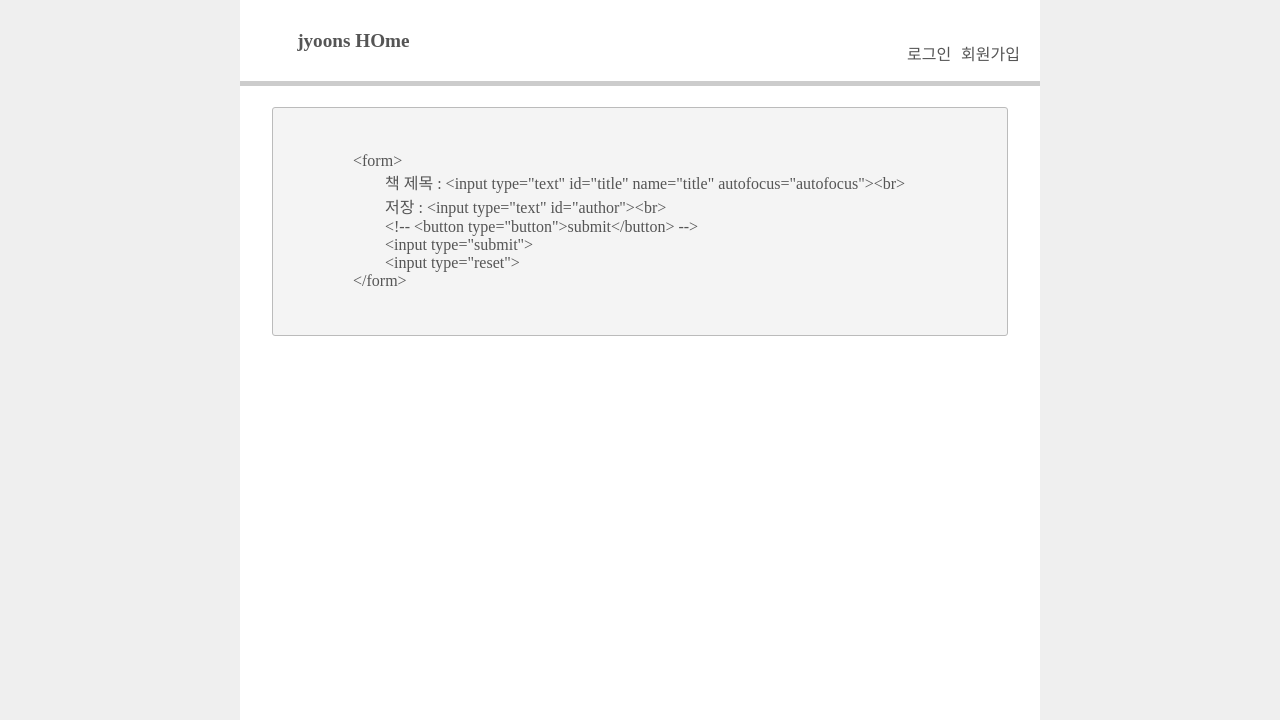
Repository: jyoons00/JSP-sample
Page: http://localhost/jspPro/days01/ex02.jsp
These files come from the project's save history. The page is drawn as it stood at one moment and after the next save; the edit follows.
The browser window is 1280 px wide. The pictures show the whole page.
Some web fonts or font styles are not loaded; a fallback is used. The page is served by Tomcat 9. Other server files are loaded and not shown.

Above is the page before, as saved 2024-10-15 03:16:18.

### jspPro/src/main/webapp/days01/ex02.jsp
<%@ page contentType="text/html; charset=UTF-8" pageEncoding="UTF-8"%>
<!DOCTYPE html>
<html>
  <head>
    <meta charset="UTF-8" />
    <title>Insert title here</title>
    <link
      rel="shortcut icon"
      type="image/x-icon"
      href="http://localhost/jspPro/images/SiSt.ico"
    />
    <script src="https://ajax.googleapis.com/ajax/libs/jquery/3.7.1/jquery.min.js"></script>
    <meta name="viewport" content="width=device-width, initial-scale=1.0" />
    <link
      rel="stylesheet"
      href="http://localhost/jspPro/resources/cdn-main/example.css"
    />
    <script src="http://localhost/jspPro/resources/cdn-main/example.js"></script>
    <style>
      span.material-symbols-outlined {
        vertical-align: text-bottom;
      }
    </style>
  </head>
  <body>
    <header>
      <h1 class="main">
        <a href="#" style="position: absolute; top: 30px">jyoons HOme</a>
      </h1>
      <ul>
        <li><a href="#">로그인</a></li>
        <li><a href="#">회원가입</a></li>
      </ul>
    </header>
    <div>
      <xmp class="code">

   		<form>
   			책 제목 : <input type="text" id="title" name="title" autofocus="autofocus"><br>
   			저장 : <input type="text" id="author"><br>
   			<!-- <button type="button">submit</button> -->
   			<input type="submit">
   			<input type="reset">
   		</form>

  	  </xmp>
    </div>

  </body>
</html>

### jspPro/src/main/webapp/resources/cdn-main/example.css
@charset "UTF-8";

@import url('https://fonts.googleapis.com/css2?family=Material+Symbols+Outlined:opsz,wght,FILL,GRAD@20..48,100..700,0..1,-50..200');

@font-face {
    font-family: 'GmarketSansMedium';
    src: url('https://cdn.jsdelivr.net/gh/projectnoonnu/noonfonts_2001@1.1/GmarketSansMedium.woff') format('woff');
    font-weight: normal;
    font-style: normal;
}

:root {
	--text-color: #555;
	--sub-text-color: #777;
	--back-color: #EFEFEF;
	--header-color: #444;
	--primary-color: #DEDEDE;
	--secondary-color: #EFEFEF;
	--default-width: 800px;
	--narrow-width: 500px;
	--wide-width: 1200px;
	--text-font: 'GmarketSansMedium';
	--icon-font: 'Material Symbols Outlined';
	--border-color: #CCC;
}

html, body {
	margin: 0;
	padding: 0;
}

html {
	background-color: var(--back-color);
	display: flex;
	justify-content: center;
	min-height: 100vh;
}

body, body.default {
	width: var(--default-width);
	background-color: white;
	padding-bottom: 120px;
}

body.wide {
	width: var(--wide-width);
}

body.narrow {
	width: var(--narrow-width);
}



body, p, div, span, a, input, select, option, textarea, button, table, th, td, label, fieldset, legend {
	font-family: var(--text-font);
	color: var(--text-color);
}

h1, h2, h3 {
	font-family: var(--text-font);
	color: var(--header-color);
	padding: 0 1rem;
	padding-top: .5rem;
}

div > h1, div > h2, div > h3 {
	padding: 0;
}

body > div, body > main > div {
	padding: 0.3rem 1rem;
}


h1 { font-size: 2rem; border-bottom: 1px solid var(--border-color); }
h1 small { font-size: 1.2rem; color: var(--sub-text-color); }
h2 { font-size: 1.5rem; border-bottom: 1px dashed var(--border-color); }
h2 small { font-size: 1.1rem; color: --sub-text-color; }
h3 { font-size: 1.2rem; }
h3 small { font-size: 1rem; color: --sub-text-color; }



h1.main::before {
	font-family: var(--icon-font);
  	content: '\e666';
  	margin-right: 10px;
  	float: left;
	font-size: 2.5rem;
}

h1.sub::before {
	font-family: var(--icon-font);
  	content: '\ea19';
  	margin-right: 10px;
  	float: left;
	font-size: 2.5rem;
}


h1.page::before {
	font-family: var(--icon-font);
  	content: '\e0e0';
  	margin-right: 10px;
  	float: left;
	font-size: 2.5rem;
}

body > header > ul > li > .active{
	background-color: #FFF;
	color:#F00;
}

body > header {
	display: flex;
	justify-content: space-between;
	border-bottom: 5px solid var(--border-color);
	min-height: 74px;
	background-color: #FFF;
}

body > header.sticky {
	position: sticky;
	top: 0;
	z-index: 98;
}

body > header > h1 {
	font-size: 1.2rem;
	border: 0;
}

body > header.in > h1::before {
	font-family: var(--icon-font);
  	content: '\e332‥';
  	margin-right: 3px;
  	float: left;
	font-size: 2rem;
}


body > header > ul {
	list-style-type: none;
	display: flex;
	align-items: flex-end;
	margin-right: 10px;
}

body > header > ul > li {
	margin-right: 10px;
	cursor: pointer;
}

body > header > ul > li > a {
	cursor: pointer;
}


form {
	display: block;
}

form > div {
	padding: 0.3rem 1rem;
}

div > form > div {
	padding: 0.3rem 0;
}

input, textarea, button, select {
	border: 1px solid #BBB;
	border-radius: 3px;
	outline: none;
	resize: none;
	padding: 7px;
	margin: 0;
}

input[type=text]:read-only, textarea:read-only {
	cursor: not-allowed;
	background-color: #FFF;
}

input[type=text]:disabled, textarea:disabled {
	cursor: not-allowed;
	background-color: #EEE;
}

input[type=text], input[type=password], textarea, button, select {
	/* width: 300px; */
}

textarea {
	display: block;
	height: 100px;
}

input[type=button], input[type=submit], button {
	/* width: inherit; */
}

input.short, textarea.short, button.short, select.short {
	width: 100px;
}

input.long, textarea.long, button.long, select.long {
	width: 350px;
}

.narrow input.long, .narrow textarea.long, .narrow button.long, .narrow select.long {
	width: calc(100% - 20px);
}

input.full, textarea.full, button.full, select.full {
	width: calc(100% - 20px);
}

textarea.short {
	height: 50px;
}

textarea.long {
	height: 100px;
}

textarea.full {
	height: 200px;
}

input, textarea {
	padding-top: 8px;
}

input[type=button], input[type=submit], button {
	padding: 5px 10px;
	background-color: var(--secondary-color);
	cursor: pointer;
	min-height: 36px;
}

input[type=button].primary, input[type=submit].primary, button.primary {
	/* background-color: rgba(100, 149, 237, .2); */
	background-color: var(--primary-color);
}

input[type=button].primary:hover, input[type=submit].primary:hover, button.primary:hover {
	/* background-color: rgba(100, 149, 237, .3); */
	background-color: var(--secondary-color);
}

input[type=button]:hover, input[type=submit]:hover, button:hover {
	background-color: var(--primary-color);
}

button {
	position: relative;
	left: 0;
	top: 0;
	padding-left: 35px;
}

button .material-symbols-outlined {
	position: absolute;
	left: 10px;
	top: 4px;
}

/* k2nik add */
button.login::before {
	font-family: var(--icon-font);
  	content: '\ea77';
	position: absolute;
	left: 11px;
	top: 4px;
	font-size: 1.25rem;
}

/* k2nik logout */
button.logout::before {
	font-family: var(--icon-font);
  	content: '\e9ba';
	position: absolute;
	left: 11px;
	top: 4px;
	font-size: 1.25rem;
}

/* k2nik help */
button.help::before {
	font-family: var(--icon-font);
  	content: '\f1c0';
	position: absolute;
	left: 11px;
	top: 4px;
	font-size: 1.25rem;
}

button.add::before{
	font-family: var(--icon-font);
  	content: '\e746';
	position: absolute;
	left: 11px;
	top: 4px;
	font-size: 1.25rem;
}

button.back::before {
	font-family: var(--icon-font);
  	content: '\e166';
	position: absolute;
	left: 11px;
	top: 4px;
	font-size: 1.25rem;
}

button.list::before {
	font-family: var(--icon-font);
  	content: '\e0ee';
	position: absolute;
	left: 11px;
	top: 4px;
	font-size: 1.25rem;
}


button.del::before {
	font-family: var(--icon-font);
  	content: '\e872';
	position: absolute;
	left: 11px;
	top: 4px;
	font-size: 1.25rem;
}


button.edit::before {
	font-family: var(--icon-font);
  	content: '\e745';
	position: absolute;
	left: 11px;
	top: 4px;
	font-size: 1.25rem;
}


button.login::before {
	font-family: var(--icon-font);
  	content: '\ea77';
	position: absolute;
	left: 11px;
	top: 4px;
	font-size: 1.25rem;
}


button.logout::before {
	font-family: var(--icon-font);
  	content: '\e9ba';
	position: absolute;
	left: 11px;
	top: 4px;
	font-size: 1.25rem;
}


button.in::before {
	font-family: var(--icon-font);
  	content: '\f71a';
	position: absolute;
	left: 11px;
	top: 4px;
	font-size: 1.25rem;
}


button.out::before {
	font-family: var(--icon-font);
  	content: '\f70e';
	position: absolute;
	left: 11px;
	top: 4px;
	font-size: 1.25rem;
}


button.reply::before {
	font-family: var(--icon-font);
  	content: '\e15e';
	position: absolute;
	left: 11px;
	top: 4px;
	font-size: 1.25rem;
}


button.comment::before {
	font-family: var(--icon-font);
  	content: '\e0b9';
	position: absolute;
	left: 11px;
	top: 4px;
	font-size: 1.25rem;
}


button.modal::before {
	font-family: var(--icon-font);
  	content: '\e89e';
	position: absolute;
	left: 11px;
	top: 4px;
	font-size: 1.25rem;
}


button.ok::before {
	font-family: var(--icon-font);
  	content: '\e86c';
	position: absolute;
	left: 11px;
	top: 4px;
	font-size: 1.25rem;
}


button.cancel::before {
	font-family: var(--icon-font);
  	content: '\e5c9';
	position: absolute;
	left: 11px;
	top: 4px;
	font-size: 1.25rem;
}

button.search::before {
	font-family: var(--icon-font);
  	content: '\e8b6';
	position: absolute;
	left: 11px;
	top: 4px;
	font-size: 1.25rem;
}

button.home::before {
	font-family: var(--icon-font);
  	content: '\e88a';
	position: absolute;
	left: 11px;
	top: 4px;
	font-size: 1.25rem;
}


button.sidebar::before {
	font-family: var(--icon-font);
  	content: '\f7e4';
	position: absolute;
	left: 11px;
	top: 4px;
	font-size: 1.25rem;
}


button.sidebar-right::before {
	font-family: var(--icon-font);
  	content: '\f7e5';
	position: absolute;
	left: 11px;
	top: 4px;
	font-size: 1.25rem;
}




button::before {
	font-family: var(--icon-font);
  	content: '\e323';
	position: absolute;
	left: 11px;
	top: 4px;
	font-size: 1.25rem;
}


table {
	border-collapse: collapse;
	margin: 1rem;
	box-sizing: border-box;
	width: calc(100% - 32px);
}

table.content {
	width: auto;
}

div > table {
	margin: 0;
}

table th, table td {
	border: 1px solid var(--border-color);
	padding: 7px;
	font-weight: normal;
}

table th {
	background-color: var(--back-color);
}

table.vertical th {
	width: 150px;
}

table.vertical td {
	width: calc(100% - 182px);
	padding-left: 10px;
}

table.content td, table.content th {
	width: auto;
}

body.narrow table.vertical th {
	width: 100px;
}

body.narrow table.vertical td {
	width: calc(100% - 182px);
}


table + table {
	margin-top: 30px;
}


p {
	padding: 0 1rem;
}

a {
	text-decoration: none;
}

a:hover {
	color: rgba(255, 99, 71, .7);
}

hr {
	border: 0;
	border-top: 1px solid var(--border-color);
	margin: 2rem 0;
}

.message {
	border: 1px solid var(--border-color);
	background-color: #EFEFEF;
	margin: 1rem;
	width: auto;
	padding-top: 10px;
	padding-bottom: 10px;
	font-size: 14px;
}

.message[title]::before {
	content: attr(title);
	display: block;
	border-bottom: 1px solid var(--border-color);
	padding-bottom: 5px;
	margin-bottom: 10px;
	margin-top: 7px;
}

.message.short {
	max-width: 250px;
}

.message.long {
	max-width: 500px;
}

.badge {
	float: right;
	font-size: .8rem;
	margin-top: 2px;
	margin-right: 2px;
	text-shadow: 0 0 7px gray;
}

.badge.left {
	float: none;
	margin-left: 2px;
}

.badge.right {
	float: right;
}

.badge.red {
	border-radius: 50%;
	padding: 2px 5px;
	background-color: rgb(255, 99, 71, .3);
}

.badge.yellow {

	border-radius: 50%;
	padding: 2px 5px;
	background-color: rgb(255, 215, 0, .5);
}

.badge.blue {
	border-radius: 50%;
	padding: 2px 5px;
	background-color: rgb(100, 149, 237, .3);
}

label + label {
	margin-left: 7px;
}

label input[type=checkbox], label input[type=radio] {
	transform: translate(0, 1px);
}

.group {
	display: flex;
}

.modal-content .group {
	margin-bottom: .5rem;
}

.group label {
	border: 1px solid #BBB;
	border-radius: 3px;
	outline: none;
	resize: none;
	padding: 7px 14px;
	margin: 0;
	border-top-right-radius: 0;
	border-bottom-right-radius: 0;
	background-color: #EFEFEF;
	white-space: nowrap;
	font-size: 14px;
}

.group input[type=text] {
	margin-left: -1px;
	border-top-left-radius: 0;
	border-bottom-left-radius: 0;
}

.group select {
	margin-left: -1px;
	border-top-left-radius: 0;
	border-bottom-left-radius: 0;
}

.group input.full[type=text] {
	margin-left: -1px;
	border-top-left-radius: 0;
	border-bottom-left-radius: 0;
	width: 100%;
}

.group input[type=button]:first-child, .group button:first-child {
	border-top-left-radius: 3px;
	border-bottom-left-radius: 3px;
	margin-left: 0px;
}

.group input[type=button], .group button {
	border-radius: 0;
	margin-left: -1px;
}

.group input[type=button]:last-child, .group button:last-child {
	margin-left: -1px;
	border-top-right-radius: 3px;
	border-bottom-right-radius: 3px;
}

.seperate {
	display: flex;
	justify-content: space-between;
}

div.list {
	width: max-content;
	margin: 1rem;
	border: 1px solid #BBB;
	border-radius: 3px;
	padding: 0;
}

div.list.full {
	width: auto;
	display: block;
	margin: 1rem;
	border: 1px solid #BBB;
	border-radius: 3px;
	padding: 0;
}

div.list > div {
	padding: .5rem 1rem;
	margin: 0;
	border-bottom: 1px solid #BBB;
}

div.list > div:last-child {
	border-bottom: 0;
}

pre.code , xmp.code{
	font-family: consols;
	background-color: rgba(150, 150, 150, .1);
	border: 1px solid #BBB;
	border-radius: 3px;
	padding: .5rem 1rem;
	padding-bottom: .6rem;
	margin: 1rem;
}




*[data-modal-window] {
	position: fixed;
	background-color: rgba(0, 0, 0, .3);
	left: 0;
	top: 0;
	display: none;
	justify-content: center;
	align-items: flex-start;
	width: 100%;
	min-height: 100vh;
	z-index: 100;
	opacity: 0;
	transition: 500ms all;
}

*[data-modal-window] .modal-container {
	border-radius: 5px;
	padding: 1rem;
	padding-bottom: .5rem;
	margin-top: -500px;
	opacity: 0;
	width: 500px;
	background-color: #FFF;
	margin-right: 2rem;
	transition: 500ms all;
}

*[data-modal-size=content] .modal-container {
	width: auto;
}

*[data-modal-size=narrow] .modal-container {
	width: 300px;
}

*[data-modal-size=wide] .modal-container {
	width: 760px;
}


*[data-modal-window] .modal-header {
	border-bottom: 1px solid var(--border-color);
	padding: 2px 5px;
}

*[data-modal-window] .modal-content {
	padding: 1rem 5px;
}

*[data-modal-window] .modal-content div:last-child {
	margin-top: 1rem;
	text-align: right;
}



*[data-sidebar-window] {
	position: fixed;
	background-color: #FFF;
	left: 0;
	top: 0;
	display: block;
	width: 300px;
	border-right: 1px solid var(--border-color);
	box-sizing: border-box;
	box-shadow: 0 0 3px var(--back-color);
	min-height: 100vh;
	z-index: 99;
	transform: translate(-300px, 0);
	transition-duration: 500ms;
	transition-property: transform;
}

*[data-sidebar-direction=right] {
	left: auto;
	right: 0;
	transform: translate(300px, 0);
	border-left: 1px solid var(--border-color);
}

*[data-sidebar-size=wide] {
	width: 500px;
	transform: translate(-500px, 0);
}

*[data-sidebar-window] .sidebar-title {
	border-bottom: 1px solid var(--border-color);
	margin-top: 20px;
	margin-bottom: 20px;
	padding-bottom: 5px;
	display: flex;
	justify-content: space-between;
}

*[data-sidebar-window] .sidebar-title span:last-child {
	cursor: pointer;
}


/* K2Nik pagination */
.center {
  text-align: center;
}

.pagination {
  display: inline-block;
}

.pagination a {
  color: black;
  float: left;
  padding: 3px 6px;
  text-decoration: none;
  transition: background-color .3s;
  border: 1px solid #ddd;
  margin: 0 3px;
}

.pagination a.active {
  background-color: #4CAF50;
  color: white;
  border: 1px solid #4CAF50;
}

.pagination a:hover:not(.active) {background-color: #ddd;}

### jspPro/src/main/webapp/resources/cdn-main/example.js

window.onload = () => {

    const list = document.querySelectorAll('input, textarea');

    list.forEach(item => {
        item.setAttribute('autocomplete', 'off');
    });


    const modal_btn_list = document.querySelectorAll('*[data-modal-button]');

    modal_btn_list.forEach(item => {
        item.onclick = function() {

            const name = this.dataset['modalButton'];
            const modal_window = document.querySelector('*[data-modal-window=' + name);

            const container = document.createElement('div');
            container.className = 'modal-container';



            const modal_header = document.createElement('div');
            modal_header.textContent = modal_window.dataset['modalTitle'];
            modal_header.className = 'modal-header';
            container.appendChild(modal_header);

            const modal_content = document.createElement('div');
            modal_content.className = 'modal-content';
            container.appendChild(modal_content);

            Array.from(modal_window.childNodes).forEach(item => {
                modal_content.appendChild(item);
            });

            modal_window.appendChild(container);

            modal_window.style.display = 'flex';

            setTimeout(() => {
                modal_window.style.opacity = 1;
                container.style.marginTop = '20px';
                container.style.opacity = 1;
            }, 50);


            const modal_ok = document.querySelector('*[data-modal-ok=' + name);
            modal_ok.addEventListener('click', function() {
                modal_window.style.opacity = 0;
                container.style.marginTop = '-500px';
                container.style.opacity = 0;

                setTimeout(() => {
                    modal_window.innerHTML = modal_content.innerHTML;
                    modal_window.style.display = 'none';
                }, 500);

            });

            const modal_cancel = document.querySelector('*[data-modal-cancel=' + name);
            modal_cancel.addEventListener('click', function() {

                modal_window.style.opacity = 0;
                container.style.marginTop = '-500px';
                container.style.opacity = 0;

                setTimeout(() => {
                    modal_window.innerHTML = modal_content.innerHTML;
                    modal_window.style.display = 'none';
                }, 500);
            });


        };
    });


    const sidebar_btn_list = document.querySelectorAll('*[data-sidebar-button]');

    sidebar_btn_list.forEach(item => {
        item.onclick = function() {



            const name = this.dataset['sidebarButton'];
            const sidebar_window = document.querySelector('*[data-sidebar-window=' + name);

            if (sidebar_window.style.transform == 'translate(0px, 0px)') return;



            sidebar_window.style.transform = 'translate(0, 0)';

            const sidebar_title = document.createElement('div');
            sidebar_title.className = 'sidebar-title';
            sidebar_title.innerHTML = '<span>' + sidebar_window.dataset['sidebarTitle'] + '</span><span class="material-symbols-outlined">close</span>';

            sidebar_title.children[1].onclick = function() {

                let sign = 1;
                let distance = 300;

                if (sidebar_window.dataset['sidebarDirection'] != 'right') {
                    sign = -1;
                } else {
                    sign = 1;
                }

                if (sidebar_window.dataset['sidebarSize'] != 'wide') {
                    distance = 300;
                } else {
                    distance = 500;
                }

                distance *= sign;

                sidebar_window.style.transform = 'translate(' + distance + 'px, 0)';

                setTimeout(function() {
                    sidebar_window.removeChild(sidebar_window.children[0]);
                }, 500);
            };


            sidebar_window.prepend(sidebar_title);

        }
    });

};

// window.onkeydown = function(event) {

//     if (event.keyCode == 27) {
//         if (document.querySelector('[data-modal-window').style.display == 'flex') {
//             document.querySelector('[data-modal-window').style.display = 'none';
//         }
//     }

// };

After the next save:
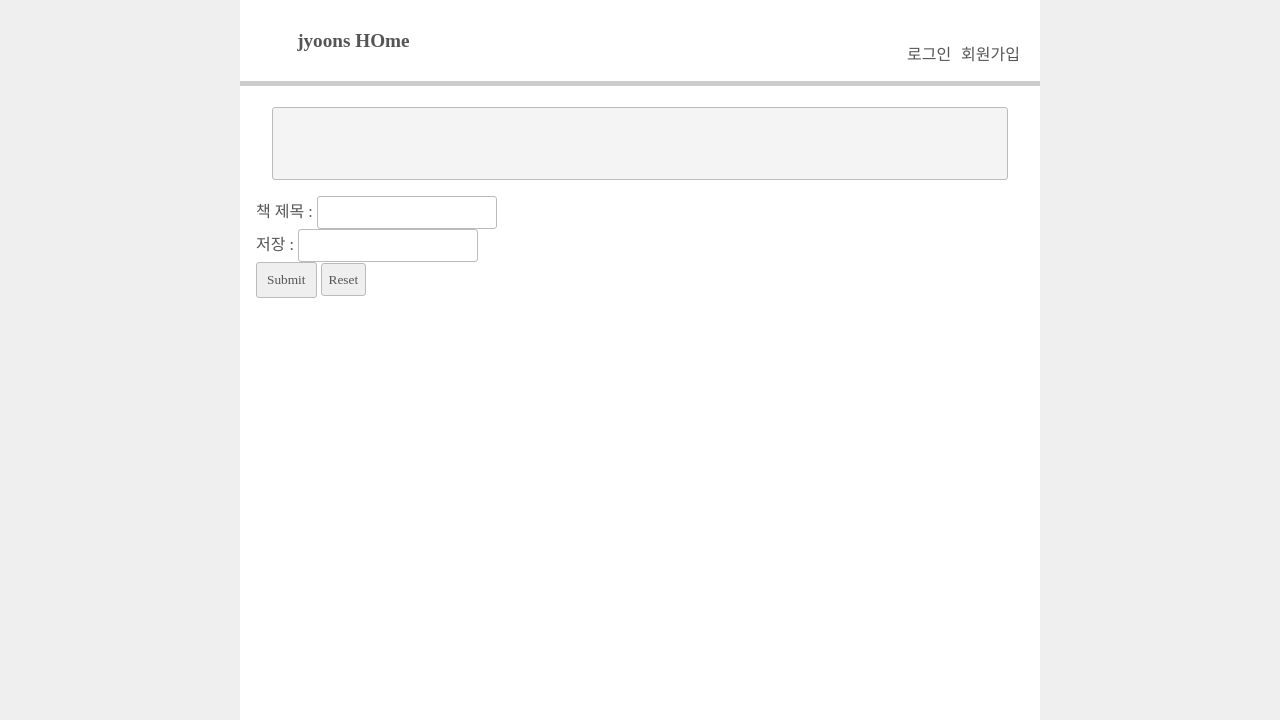
Saved 23 s later.
--- a/jspPro/src/main/webapp/days01/ex02.jsp
+++ b/jspPro/src/main/webapp/days01/ex02.jsp
@@ -35,15 +35,15 @@
     <div>
       <xmp class="code">
 
-   		<form>
+  	  </xmp>
+
+  	  	<form>
    			책 제목 : <input type="text" id="title" name="title" autofocus="autofocus"><br>
    			저장 : <input type="text" id="author"><br>
    			<!-- <button type="button">submit</button> -->
    			<input type="submit">
    			<input type="reset">
    		</form>
-
-  	  </xmp>
     </div>
 
   </body>
